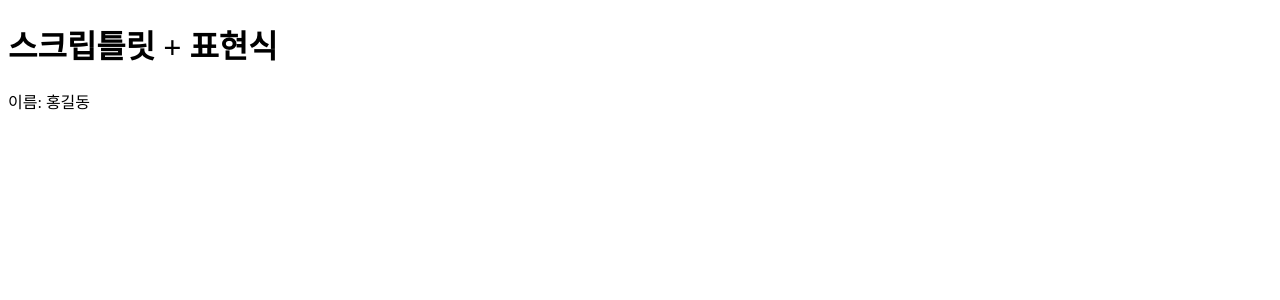
Repository: zzzzzzin/Server_Class
Page: http://localhost/JSPTest/ex06_script.jsp
The author's editor kept a copy of each file at every save. The page is drawn from the files as they stood at one save, then again after the next save.
The browser window is 1280 px wide. The pictures show the whole page.
The page is served by Tomcat 9.

Above is the page before, as saved 2024-04-01 06:43:44.

After the next save:
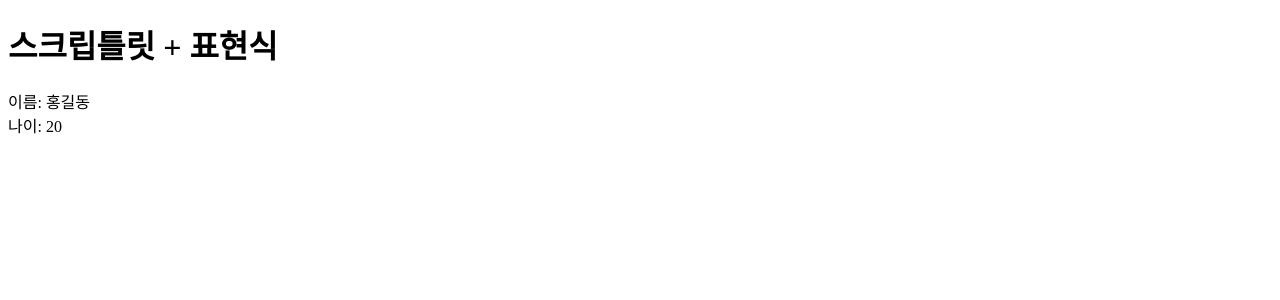
Saved 16 s later.
--- a/JSPTest/src/main/webapp/ex06_script.jsp
+++ b/JSPTest/src/main/webapp/ex06_script.jsp
@@ -23,6 +23,7 @@
 	<h1>스크립틀릿 + 표현식</h1>
 
 	<div>이름: <%=name %> </div>
+	<div>나이: <%=age %> </div>
 
 </body>
 </html>
